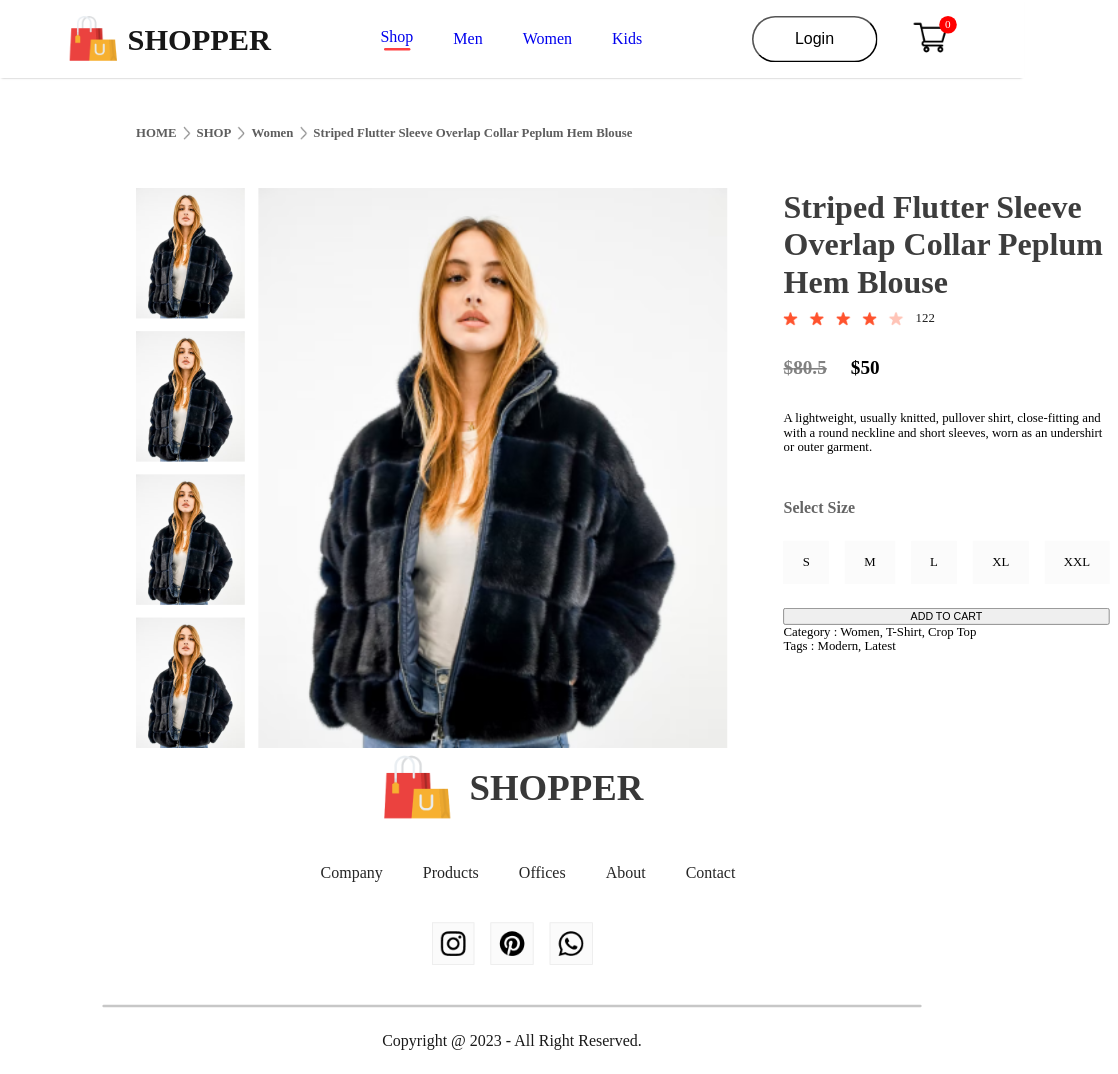
Repository: Nandhini653/SHOPPER-ECOM
Page: /product/1
These files come from the project's save history. The page is drawn as it stood at one moment and after a run of saves; the edit follows.
The browser window is 1280 px wide. The page is 1387 px wide, then 1397 px, so the pictures cover 1397 px, including what lies to the right of the window. The pictures show the whole page, at 80% of full size.
The project was rebuilt for these pictures with package versions that can differ from the ones it lists, and the page was loaded fresh each time. Also part of the build but not shown: src/App.css, src/Pages/CSS/ShopCategory.css, src/Components/Item/Item.css, src/Components/Item/Item.jsx, src/Pages/ShopCategory.jsx, src/Pages/Cart.jsx, src/Pages/CSS/LoginSignup.css, src/Pages/LoginSignup.jsx and 13 more.

Above is the page before, as saved 2024-06-24 17:25:59.

After the next 8 saves:
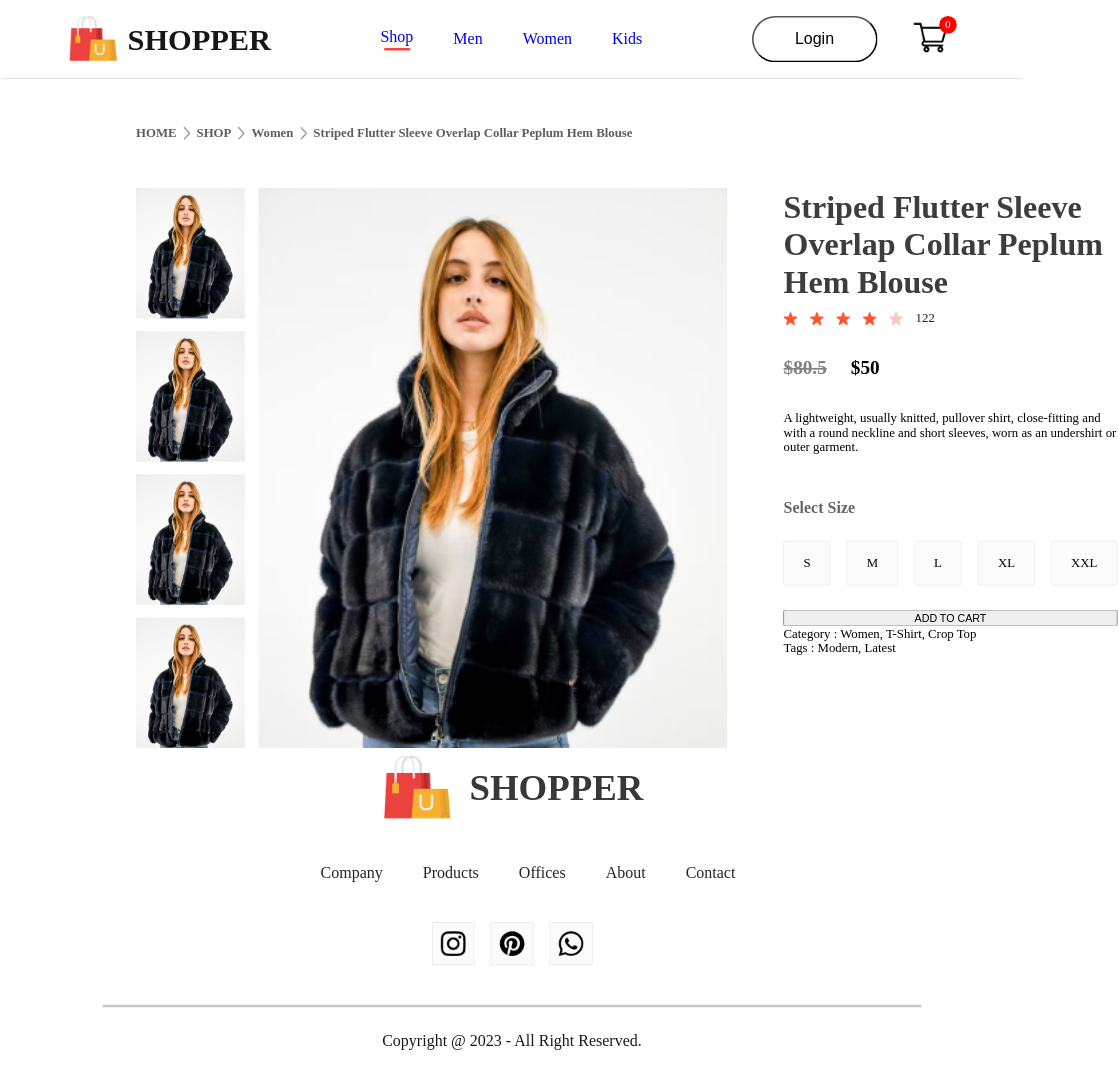
The 8 saves are shown as one change because they came seconds apart.
The last was saved 18 s later.
--- a/src/Components/ProductDisplay/ProductDisplay.css
+++ b/src/Components/ProductDisplay/ProductDisplay.css
@@ -77,5 +77,7 @@
 .productdisplay-right-sizes div {
     padding: 18px 24px;
     background: #fbfbfb;
-    border: ;
+    border: 1px solid #ebebeb;
+    border-radius: 3px;
+    cursor: pointer;
 }
